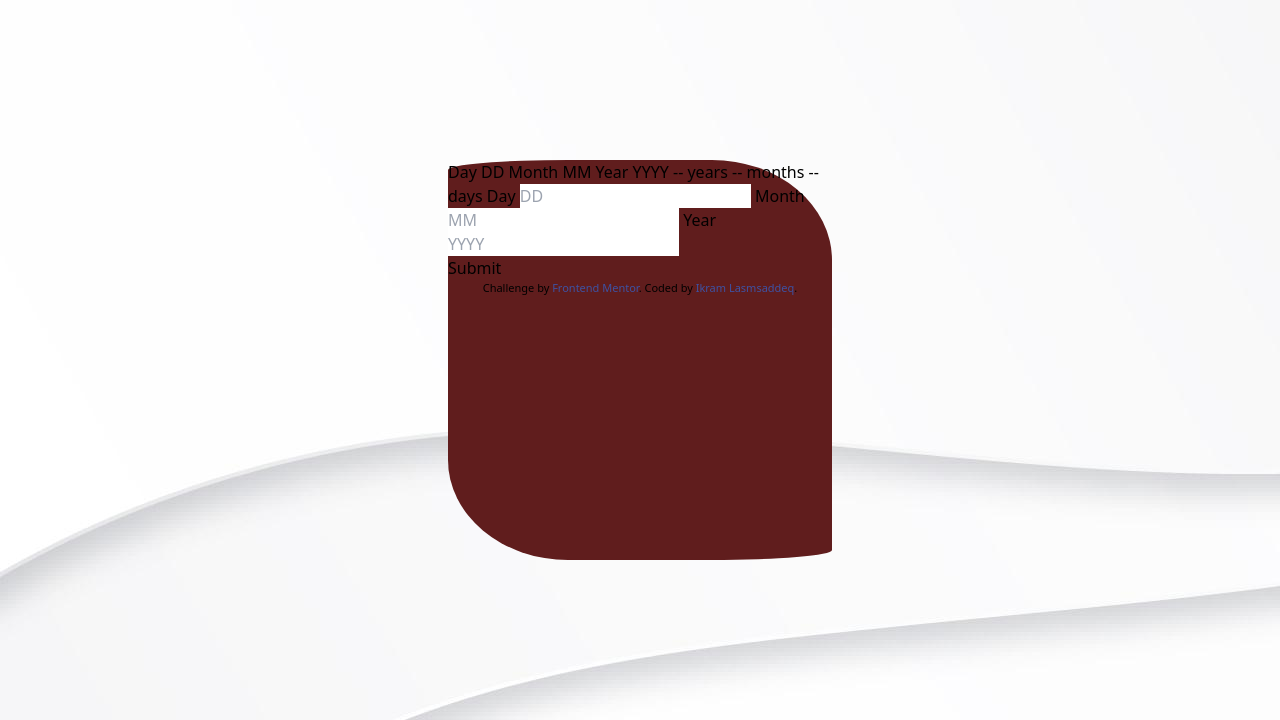
Repository: ikram-lisa/age-display
Page: /
These files come from the project's save history. The page is drawn as it stood at one moment and after the next save; the edit follows.
The browser window is 1280 px wide. The pictures show the whole page.
Some web libraries are served in a nearby version. The project was rebuilt for these pictures with package versions that can differ from the ones it lists, and the page was loaded fresh each time.

Above is the page before, as saved 2024-04-30 15:30:19.

After the next save:
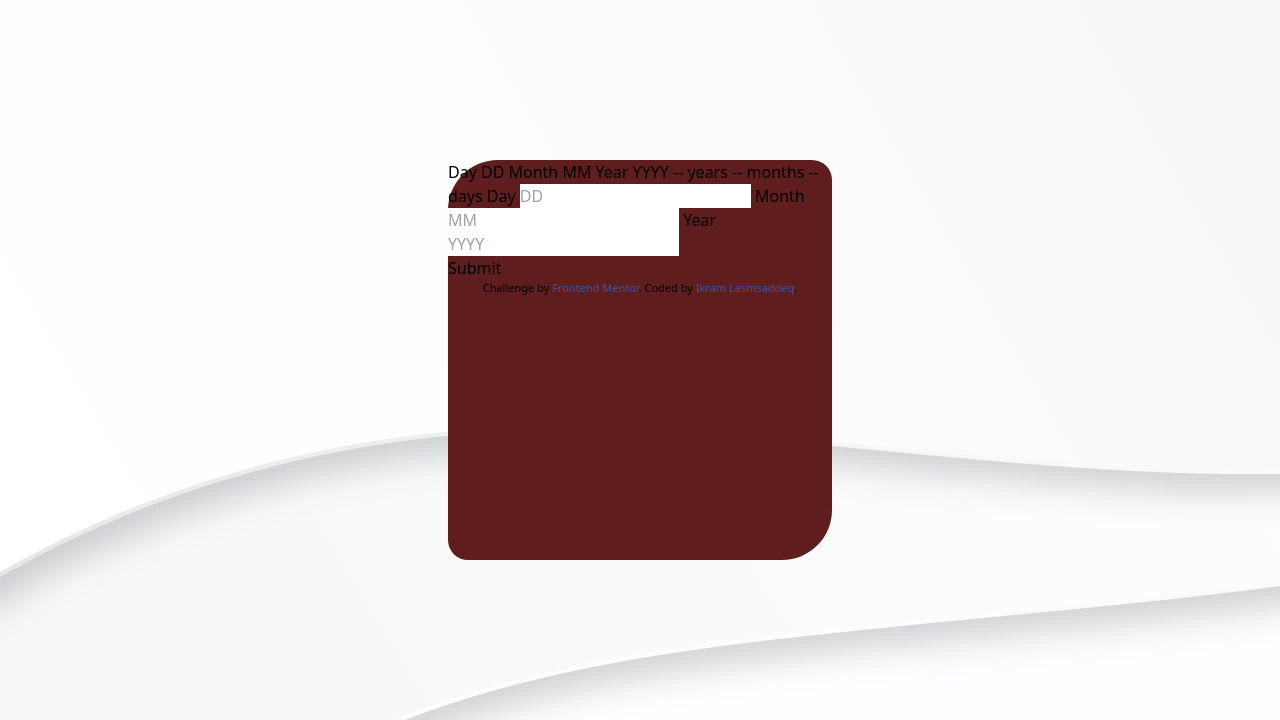
Saved 47 s later.
--- a/css/style.scss
+++ b/css/style.scss
@@ -20,5 +20,5 @@ body {
   top: 50%;
   left: 50%;
   transform: translate(-50%, -50%);
-  border-radius: 120px / 10px 100px;
+  border-radius: 50px 20px;
 }
